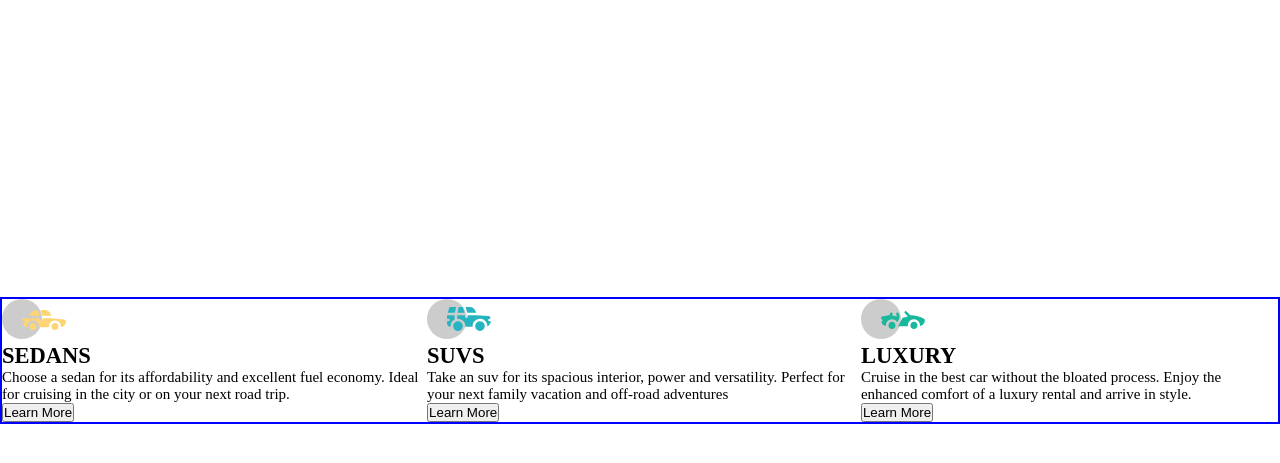
Repository: UnegbuAbigail/3-columns-cards
Page: index.html
These files come from the project's save history. The page is drawn as it stood at one moment and after the next save; the edit follows.
The browser window is 1280 px wide. The pictures show the whole page.

Above is the page before, as saved 2024-08-03 12:58:40.

After the next save:
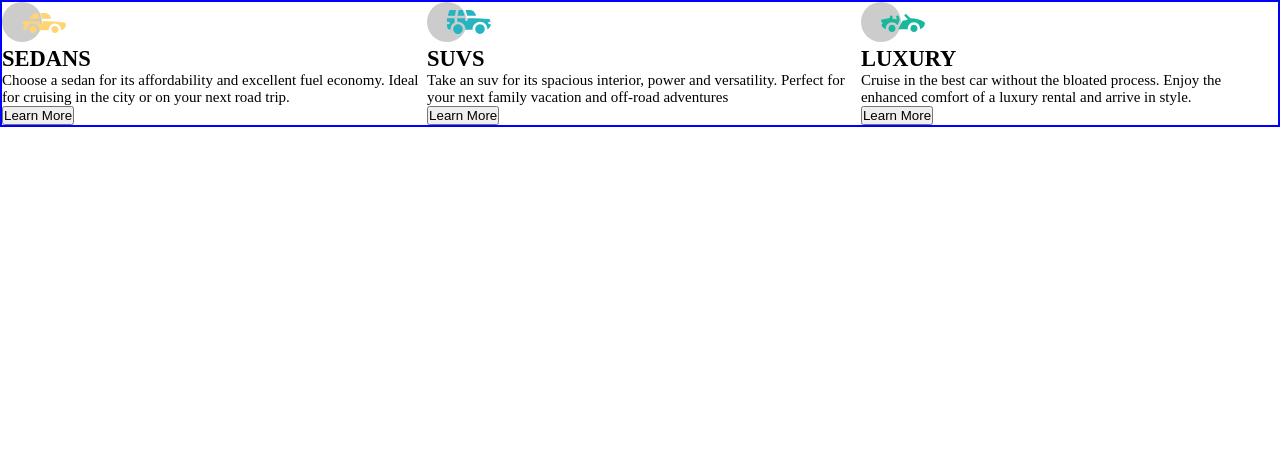
Saved 13 s later.
--- a/style.css
+++ b/style.css
@@ -19,11 +19,11 @@
 }
 
 html,body{
-    display: flex;
+    /* display: flex;
     justify-content: center;
     align-items: center;
     /* border: 2px, solid red; */
-    min-height: 100%;
+    min-height: 100%; */
 }
 
 body{

After the save that followed:
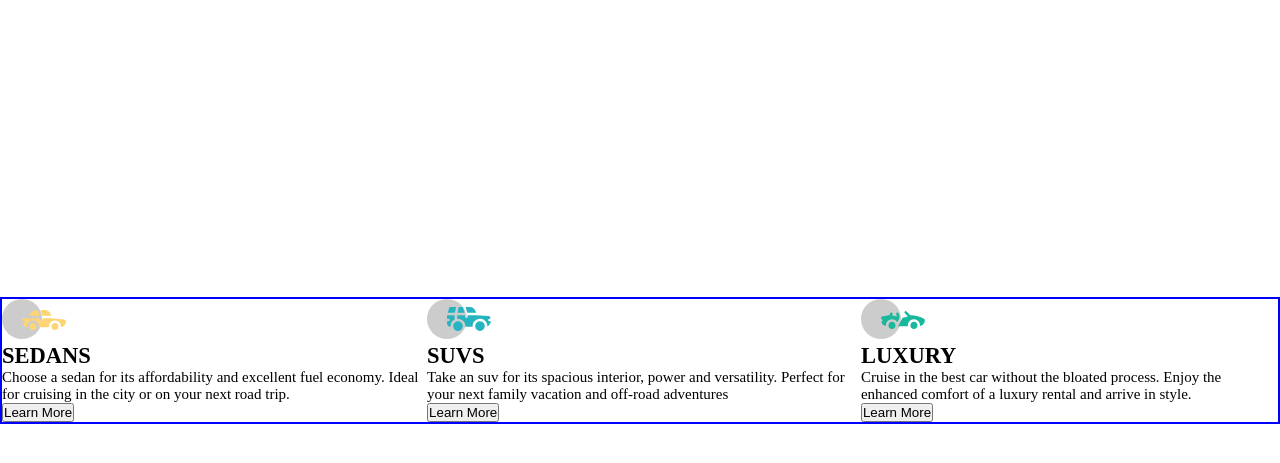
Saved 58 s later.
--- a/style.css
+++ b/style.css
@@ -19,11 +19,11 @@
 }
 
 html,body{
-    /* display: flex;
+    display: flex;
     justify-content: center;
     align-items: center;
     /* border: 2px, solid red; */
-    min-height: 100%; */
+    min-height: 100%;
 }
 
 body{
